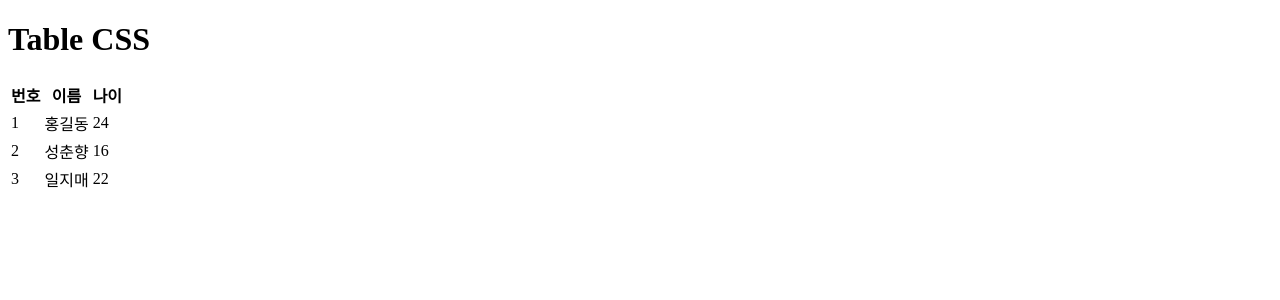
Repository: suhong99/htmlLecture
Page: cssSample2/src/main/webapp/index3.html
An editor plug-in stored every save of this project. The page is shown before and after the next save, followed by the edit.
The browser window is 1280 px wide. The pictures show the whole page.

Above is the page before, as saved 2023-06-22 02:19:31.

### cssSample2/src/main/webapp/index3.html
<!DOCTYPE html>
<html>
<head>
<meta charset="UTF-8">
<title>Insert title here</title>
</head>
<body>
<h1>Table CSS</h1>
<table>
	<thead>
		<tr>
			<th>번호</th>
			<th>이름</th>
			<th>나이</th>
		</tr>
		<tbody>
			<tr>
				<td class="center">1</td><td>홍길동</td><td>24</td>
			</tr>
			<tr>
				<td class="center">2</td><td>성춘향</td><td>16</td>
			</tr>
			<tr>
				<td class="center">3</td><td>일지매</td><td>22</td>
			</tr>
		</tbody>
	</thead>
</table>
</body>
</html>

After the next save:
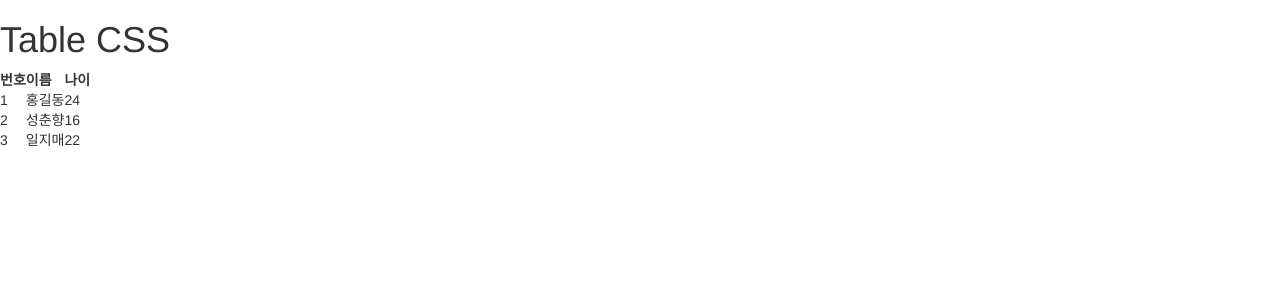
Saved 4 min 42 s later.
--- a/cssSample2/src/main/webapp/index3.html
+++ b/cssSample2/src/main/webapp/index3.html
@@ -3,7 +3,12 @@
 <head>
 <meta charset="UTF-8">
 <title>Insert title here</title>
+  <meta name="viewport" content="width=device-width, initial-scale=1">
+  <link rel="stylesheet" href="https://maxcdn.bootstrapcdn.com/bootstrap/3.4.1/css/bootstrap.min.css">
+  <script src="https://ajax.googleapis.com/ajax/libs/jquery/3.6.4/jquery.min.js"></script>
+  <script src="https://maxcdn.bootstrapcdn.com/bootstrap/3.4.1/js/bootstrap.min.js"></script>
 </head>
+
 <body>
 <h1>Table CSS</h1>
 <table>
